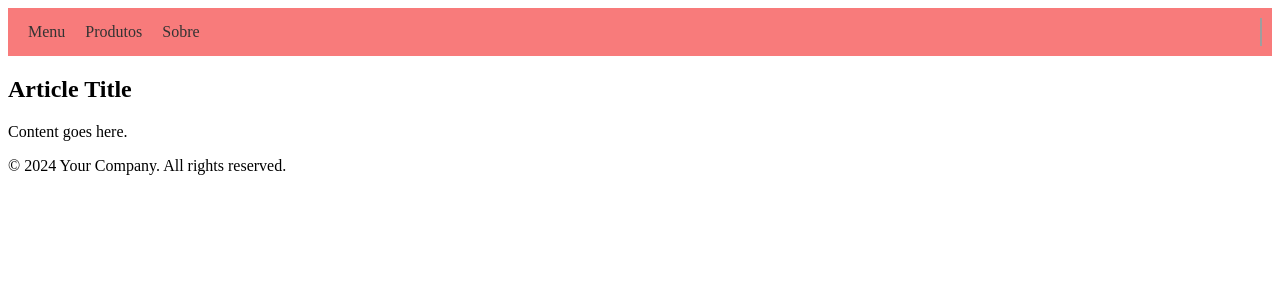
Repository: rafael-beeb/blog-not
Page: myblog/html/index.html
The author's editor kept a copy of each file at every save. The page is drawn from the files as they stood at one save, then again after the next save.
The browser window is 1280 px wide. The pictures show the whole page.
Pictures or frames that could not be fetched are drawn as grey boxes.

Above is the page before, as saved 2024-09-19 09:29:21.

After the next save:
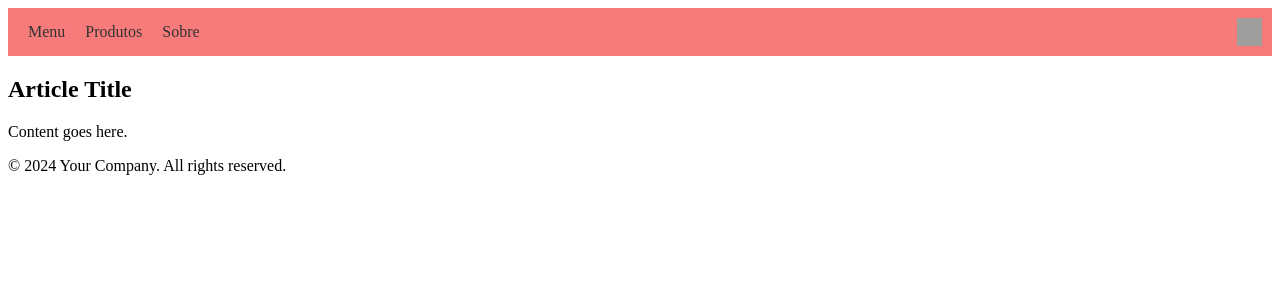
Saved 6 s later.
--- a/myblog/css/styles.css
+++ b/myblog/css/styles.css
@@ -22,6 +22,6 @@
 }
 
 nav img{
-    width: 2px;
+    width: 25px;
     margin-left: auto;
 }
